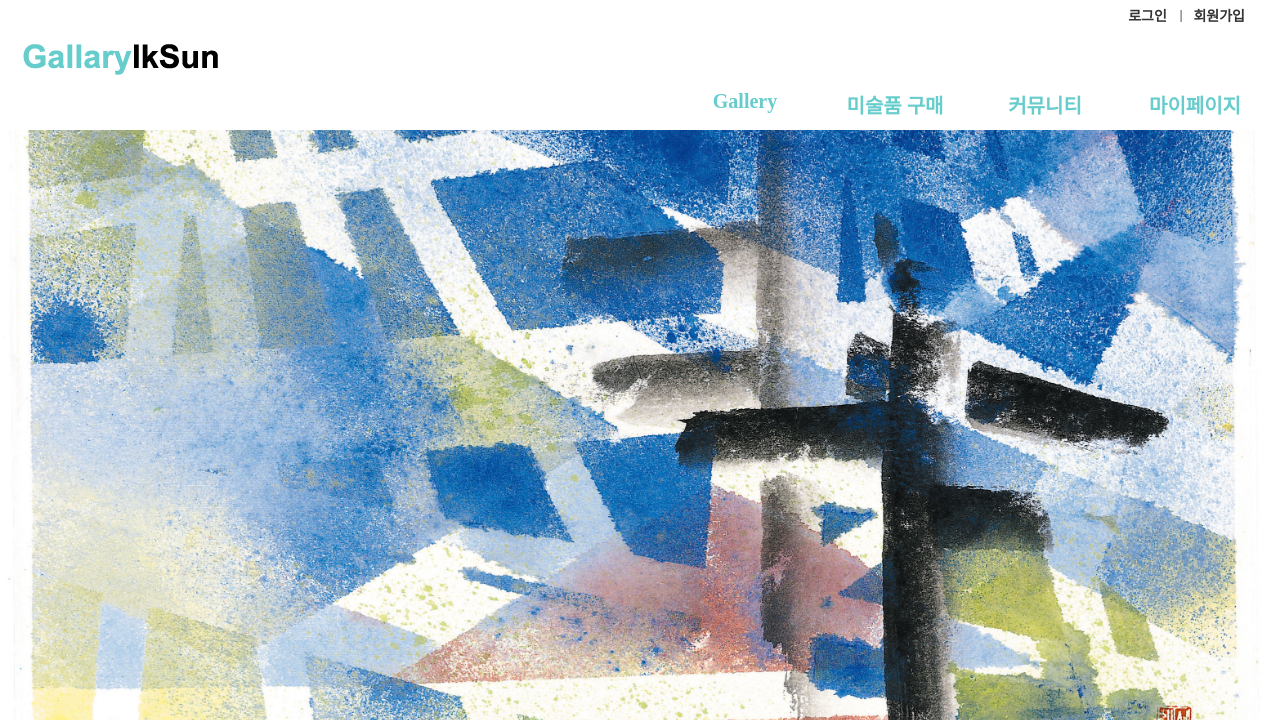
Repository: leeboseok/GalleryIksun
Page: http://localhost/GalleryIkSun/
An editor plug-in stored every save of this project. The page is shown before and after the next save, followed by the edit.
The browser window is 1280 px wide. The pictures show the whole page.
The page is served by Tomcat 9. Other server files are loaded and not shown.

Above is the page before, as saved 2024-08-15 11:59:55.

### GalleryIkSun/src/main/webapp/index.jsp
<%@ page language="java" contentType="text/html; charset=UTF-8"
    pageEncoding="UTF-8"%>
<!DOCTYPE html>
<html lang="ko">
<head>
    <meta charset="UTF-8">
    <meta name="viewport" content="width=device-width, initial-scale=1.0">
    <title>Gallery Iksun</title>
    <link rel="stylesheet" href="css/index.css">
    <script src="script/jquery-3.7.0.min.js"></script>
    <script src="script/index.js"></script>
</head>
<body>
	<%
		String userType=(String)session.getAttribute("userType");
	%>
    <div id="wrap">
        <div id="main">
            <div class="page1">
                <header>
                    <h1><a href="index.jsp"><img src="img/header.png" alt="갤러리익선"></a></h1>
                    <nav>
                        <ul>
                        <%
                        	if(userType!=null&&userType.equals("admin")){
                        		%>
                        			<li><a href="productList">상품관리</a></li>
                        		<%
                        	}
                        %>
                            <li><a href="introduce.jsp">Gallery</a>
                                <ul class="sub">
                                    <li><a href="introduce.jsp">Gallery Iksun 소개</a></li>
                                    <li><a href="introduceArtists.jsp">작가별 보기</a></li>
                                </ul>
                            </li>
                            <li><a href="shop.jsp">미술품 구매</a>
                                <ul class="sub">
                                    <li><a href="shop.jsp">원화 구입</a></li>
                                    <li><a href="wishlist.jsp">장바구니</a></li>
                                </ul>
                            </li>
                            <li><a href="boardList">커뮤니티</a></li>
                            <li><a href="mypage.jsp">마이페이지</a>
                                <ul class="sub">
                                    <li><a href="myorder.jsp">주문확인</a></li>
                                    <li><a href="mypage.jsp">개인정보확인</a></li>
                                </ul>
                            </li>
                        </ul>
                    </nav>
                    <div class="right">
                  		<a href="login">로그인</a>
               			<a href="signUp.jsp">회원가입</a>
                    </div>
                    <div class="bg"></div>
                </header>
                <div class="slide">
                    <ul>
                        <li class="s1"></li>
                        <li class="s2"></li>
                        <li class="s3"></li>
                    </ul>
                </div>
                <!-- <div class="goshop">
                    <a href="#">
                        <p>
                            구매 바로가기<br>
                            >>>
                        </p>
                    </a>
                </div> -->
            </div>
            <div class="page2">
                <div class="gall">
                    <div class="text">
                        <h1>Best Collection</h1>
                        <p></p>
                    </div>
                    <div class="pics">
                        <div class="pic1">
                            <a href="#">
                                <img src="img/phj58-50.jpg" alt="혜진">
                            </a>
                        </div>
                        <div class="pic2">
                            <a href="#">
                                <img src="img/jkh35-33.jpg" alt="소윤">
                            </a>
                        </div>
                        <div class="pic3">
                            <a href="#">
                                <img src="img/kyj-317786.jpg" alt="온일">
                            </a>
                        </div>
                    </div>
                    <div class="desc">
                        <div class="desc1">
                            <a href="#">
                                <p class="p_artist">혜진 <span>박호자</span></p>
                                <p class="p_title">어머니의 봄날1</p>
                                <p class="p_price">가격: </p>
                                <p class="p_size">크기: </p>
                            </a>
                        </div>
                        <div class="desc2">
                            <a href="#">
                                <p class="p_artist">소윤 <span>정경화</span></p>
                                <p class="p_title">웃는 고양이</p>
                                <p class="p_price">가격: </p>
                                <p class="p_size">크기: </p>
                            </a>
                        </div>
                        <div class="desc3">
                            <a href="#">
                                <p class="p_artist">온일 <span>김용재</span></p>
                                <p class="p_title">나팔꽃1</p>
                                <p class="p_price">가격: </p>
                                <p class="p_size">크기: </p>
                            </a>
                        </div>
                    </div>
                    <!-- <div class="more">
                        <a href="#"><h4>더 많은 작품 보기</h4></a>
                    </div> -->
                </div>
                <footer>
                    <div class="flogo">
                        <h1><a href="index.jsp"><img src="img/footer.png" alt="갤러리익선"></a></h1>
                    </div>
                    <div class="fcopy">
                        <ul>
                            <li><a href="gallery.jsp">회사소개</a></li>
                            <li><a href="privacyPolicy.jsp">개인정보 처리방침</a></li>
                            <li class="last"><a href="termsUse.jsp">이용약관</a></li>
                        </ul>
                        <p>Copyright(c) Gallery Iksun. All rights reserved.</p>
                    </div>
                    <div class="fsns">
                        <ul>
                            <li><a href="#"></a></li>
                            <li><a href="#"></a></li>
                            <li><a href="#"></a></li>
                        </ul>
                    </div>
                </footer>
            </div>
        </div>
    </div>
    <script>
        window.addEventListener("wheel",function(e){    //슬라이드바 없애고 고정창이 움직이지 않게 하는 함수
            e.preventDefault(); //화면의 스크롤기능 제거 (그런데 이것만 가지고는 구글 브라우저가 가진 패시브모드 발동해서 이게 안먹힘)
        },{passive:false});     //브라우저의 패시브기능 제거
        var wrap=document.getElementById("wrap");
        var posY=0;             //지금 현재 보여주고있는 페이지의 위치
        wrap.addEventListener("wheel",function(e){
            if($("#main").is(":animated")){
                console.log("1");
                return; //밑에 실행하지말고 그냥 끝내버리라는 뜻
            }
            move(e);
        });
        function move(e){
            console.log(e.deltaY+"1111");
            if(e.deltaY > 0){
                posY -= 100;
            }else if(e.deltaY < 0){
                posY += 100;
            }
            if(posY>0){
                posY=0;
            }
            if(posY<-100){
                posY=-100;
            }
            console.log(posY);
            $("#main").animate({"top":posY+"%"},1000);
        }
    </script>
</body>
</html>

### GalleryIkSun/src/main/webapp/css/index.css
@charset "utf-8";
*{
    margin: 0;
    padding: 0;
    box-sizing: border-box;
}
#wrap{
    background: #fff;
    color:#333;
}
a{
    color: inherit;
    text-decoration: none;
    display: block;
}
li{
    list-style: none;
}
table{
    width: 100%;
    border-collapse: collapse;
}
button{
    cursor: pointer;
}
img{
    max-width: 100%;
    vertical-align: top;
}
#wrap{
    width: 100%;
    height: 100%;
    position: absolute;
    top: 0;
    left: 0;
    overflow:hidden;
}
#main{
    position: relative;
    top: 0;
    height: 100%;
}
/*랜딩페이지*/
.page1{
    width:100%;
    height: 100%;
    position: relative;
}
header{
    height: 130px;
    width: 100%;
    position: relative;
    z-index: 30;
}
header h1{
    padding-top: 40px;
    padding-left: 20px;
    z-index: 30;
}
nav{
    position: absolute;
    top: 80px;
    right:10px;
    z-index: 10;
}
nav> ul{
    display: flex;
}
nav>ul>li>a{
    width: 150px;
    font-size: 20px;
    font-weight: bold;
    color: #6cc;
    text-align: center;
    padding: 10px;
}
nav>ul>li:hover>a{
    background: #333;
}
.sub{
    display: none;
}
.sub>li>a{
    width: 150px;
    font-size: 18px;
    font-weight: bold;
    color: #ddd;
    text-align: center;
    padding: 10px;
}
.sub>li:hover>a{
    background: #333;
}
.bg{
    position: absolute;
    top: 100;
    left: 0;
    width: 100%;
    height: 200px;
    background: #fff;
    z-index: 5;
    display: none;
}

/*회원가입, 로그인 부분*/
.right{
    position: absolute;
    top:0;
    right: 10px;
    padding: 5px;
}
.right a{
    display: inline;
    font-size: 14px;
    font-weight: bold;
    padding-right: 20px;
}
.right a:first-child::after{
    content: '|';
    position: relative;
    top: -2px;
    left: 13px;
    font-size: 12px;
}

.slide{
    width: 100%;
    height: calc(100% - 130px);
    position: relative;
}
.slide> ul{
    position: absolute;
    top: 0;
    left: 0;
    width: 300%;
    height: 100%;
    display: flex;
}
.slide> ul> li{
    width: 100%;
    height: 100%;
}
.slide .s1{
    background: url(../img/jks-sunflower-41X35-2010.jpg) no-repeat center/cover;
}
.slide .s2{
    background: url(../img/shs52-44.jpg) no-repeat center/cover;
}
.slide .s3{
    background: url(../img/pjw-317788.jpg) no-repeat center/cover;
}
.goshop{
    width: 170px;
    height: 70px;
    background: #333;
    border-radius: 0 30px 0 30px ;
    padding: 10px;
    position: absolute;
    top:70%;
    left: 20px;
    z-index: 10;
}
.goshop p{
    text-align: center;
    font-size: 20px;
    font-weight: bold;
    color: #6cc;
}
/*스크롤 후 아래 페이지*/
.page2{
    width: 100%;
    height: 100%;
    position: relative;
}
.pics{
    display: grid;
    grid-template-columns: repeat(3,1fr);
    grid-template-rows: minmax(50px, auto);
    grid-gap: 0px 30px;
    padding: 0 20px;
    align-items: center;
    text-align: center;
}
.pics img{
    max-height: 400px;
    margin-bottom: 10px;
}
.text h1{
    text-align: center;
    font-size: 70px;
    padding: 10px;
}
.desc{
    display: grid;
    grid-template-columns: repeat(3,1fr);
    grid-template-rows: minmax(50px, auto);
    grid-gap: 0px 30px;
    padding: 20px;
    align-items: center;
    text-align: center;
}
.desc .p_artist{
    text-align: center;
    font-size: 18px;
}
.desc .p_artist span{
    font-weight: bold;
}
.desc .p_title{
    font-size: 22px;
    font-weight: bold;
}
.desc .p_price ,.desc .p_size{
    font-size: 16px;
}
.more{
    text-align: center;
    font-weight: bold;
    font-size: 16px;
}
footer{
    position: absolute;
    bottom: 0;
    left: 0;
    width: 100%;
    height: 100px;
    background: #ddd;
    display: flex;
    align-items: center;
    justify-content: space-between;
}
.flogo{
    width: 200px;
}
.fcopy ul{
    display: flex;
    align-items: center;
}
.fcopy li a{
    font-size: 14px;
    padding-right: 20px;
}
.fcopy ul li a::after{
    content: '|';
    font-size: 12px;
    position: relative;
    top: -2px;
    left: 13px;
}
.fcopy .last::after{
    display: none;
}
.fsns{
    width: 200px;
}

### GalleryIkSun/src/main/webapp/script/index.js
$(function(){
    $("nav> ul> li").mouseenter(function(){
        $(".sub").stop().slideDown();
        $(".bg").show();
    });
    $("nav> ul> li").mouseleave(function(){
        $(".sub").stop().slideUp();
        $(".bg").hide();
    });
    function slide(){
        $(".slide ul").animate({left:-100+("%")},2000,function(){
            $(".slide ul").append($(".slide ul li").first());
            $(".slide ul").css({left:0});
        })
    }
    setInterval(slide,3000);
});

Loaded but not shown: GalleryIkSun/src/main/webapp/script/jquery-3.7.0.min.js (library)

After the next save:
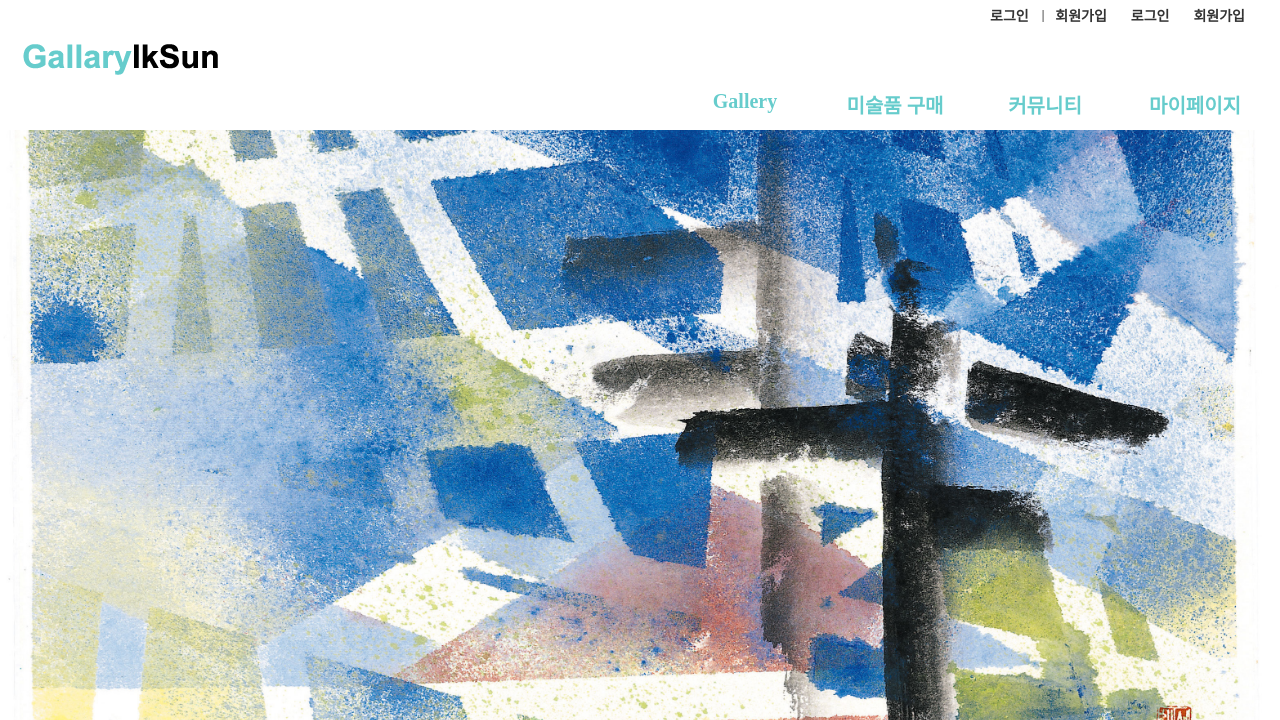
Saved 2 min 8 s later.
--- a/GalleryIkSun/src/main/webapp/index.jsp
+++ b/GalleryIkSun/src/main/webapp/index.jsp
@@ -50,6 +50,13 @@
                         </ul>
                     </nav>
                     <div class="right">
+	                    <%
+	                    	if(userType==null)
+		                    %>
+		                    	<a href="login">로그인</a>
+	               				<a href="signUp.jsp">회원가입</a>
+		                    <%
+	                    %>
                   		<a href="login">로그인</a>
                			<a href="signUp.jsp">회원가입</a>
                     </div>

After the save that followed:
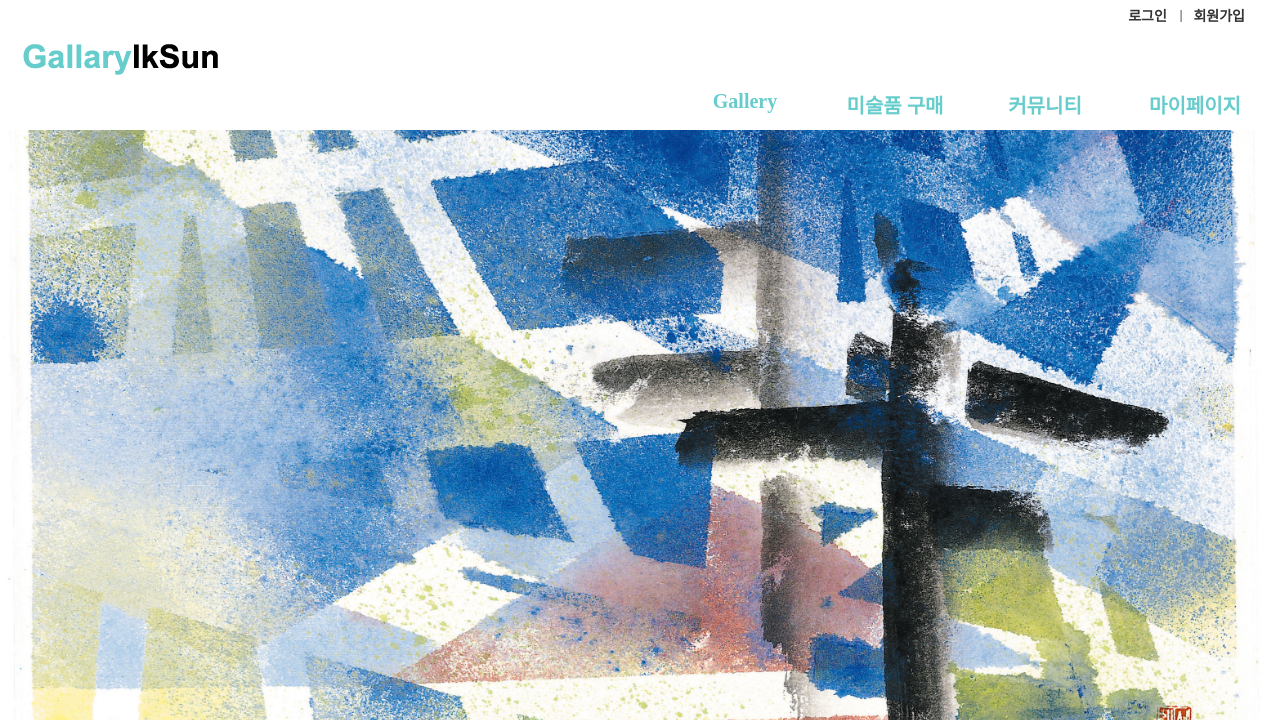
Saved 13 s later.
--- a/GalleryIkSun/src/main/webapp/index.jsp
+++ b/GalleryIkSun/src/main/webapp/index.jsp
@@ -57,8 +57,6 @@
 	               				<a href="signUp.jsp">회원가입</a>
 		                    <%
 	                    %>
-                  		<a href="login">로그인</a>
-               			<a href="signUp.jsp">회원가입</a>
                     </div>
                     <div class="bg"></div>
                 </header>
